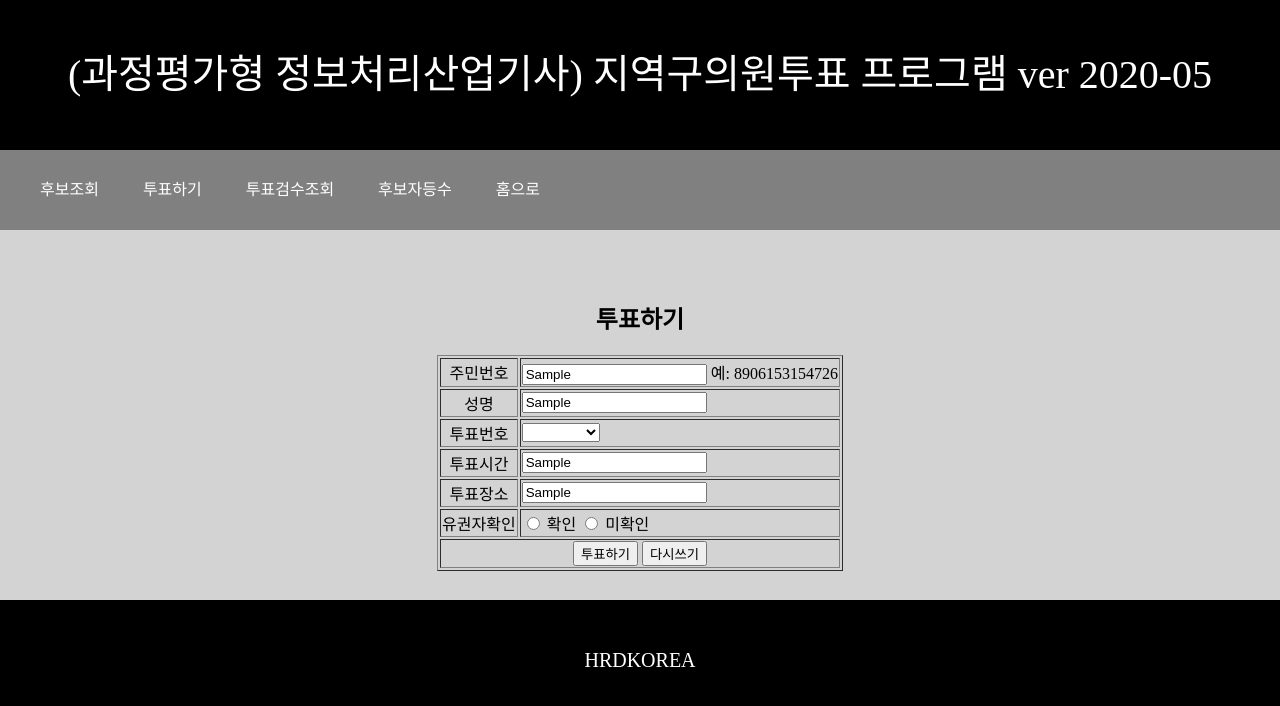
Repository: junhee97/-
Page: http://localhost/HRD_03/vote.jsp
The author's editor kept a copy of each file at every save. The page is drawn from the files as they stood at one save, then again after the next save.
The browser window is 1280 px wide. The pictures show the whole page.
Empty fields were first filled with sample values (such as "Sample", 5 or name@example.com).
After loading, the first visible `input[onclick="res()"]` was clicked once.
The page is served by Tomcat 9.

Above is the page before, as saved 2025-08-14 13:02:39.
Console error: ReferenceError: res is not defined

### HRD_03/WebContent/vote.jsp
<%@ page language="java" contentType="text/html; charset=UTF-8"
    pageEncoding="UTF-8"%>
<!DOCTYPE html PUBLIC "-//W3C//DTD HTML 4.01 Transitional//EN" "http://www.w3.org/TR/html4/loose.dtd">
<html>
<head>
<meta http-equiv="Content-Type" content="text/html; charset=UTF-8">
<title>Insert title here</title>
</head>
<body>

<jsp:include page="header.jsp"></jsp:include>

<section style="position: fixed; top: 230px; left: 0px; width: 100%; height: 100%; background-color: lightgray;">
<h2 style="text-align: center; padding-top: 50px;">투표하기</h2>

<form action="action.jsp" name = "frm" style = "display: flex; align-items: center; justify-content: center; ">
	<table border = "1">
		<tr>
			<td style = "text-align: center;">주민번호</td>
			<td>
				<input type = "text" name = "v_jumin"> 예: 8906153154726
			</td>
		</tr>
		<tr>
			<td style = "text-align: center;">성명</td>
			<td>
				<input type = "text" name = "v_name">
			</td>
		</tr>
		<tr>
			<td style = "text-align: center;">투표번호</td>
			<td>
				<select name = "m_no">
					<option></option>
					<option value = "1">[1] 김후보</option>
					<option value = "2">[2] 이후보</option>
					<option value = "3">[3] 박후보</option>
					<option value = "4">[4] 조후보</option>
					<option value = "5">[5] 최후보</option>
				</select>
			</td>
		</tr>
		<tr>
			<td style = "text-align: center;">투표시간</td>
			<td>
				<input type = "text" name = "v_time">
			</td>
		</tr>
		<tr>
			<td style = "text-align: center;">투표장소</td>
			<td>
				<input type = "text" name = "v_area">
			</td>
		</tr>
		<tr>
			<td style = "text-align: center;">유권자확인</td>
			<td>
				<input type = "radio" name = "v_confirm"> 확인
				<input type = "radio" name = "v_confirm"> 미확인
			</td>
		</tr>
		<tr>
			<td colspan="2" style = "text-align: center;">
				<input type = "button" value = "투표하기" onclick="add()">
				<input type = "button" value = "다시쓰기" onclick="res()">
			</td>
		</tr>
	</table>
</form>

</section>

<jsp:include page="footer.jsp"></jsp:include>

<script>
	function add() {
		if(frm.v_jumin.value == 0) {
			alert('주민번호가 입력되지 않았습니다!');
			frm.v_jumin.focus();
			return false;
		}
		else if(frm.v_name.value == 0){
			alert('성명이 입력되지 않았습니다!');
			frm.v_name.focus();
			return false;
		}
		else if(frm.m_no.value == 0){
			alert('후보번호가 선택되지 않았습니다!');
			frm.m_no.focus();
			return false;
		}
		else if(frm.v_time.value == 0){
			alert('투표시간이 입력되지 않았습니다!');
			frm.v_time.focus();
			return false;
		}
		else if(frm.v_area.value == 0){
			alert('투표장소가 입력되지 않았습니다!');
			frm.v_area.focus();
			return false;
		}
		else if(frm.v_confirm.value == 0){
			alert('유권자확인이 선택되지 않았습니다!');
			frm.v_confirm.focus();
			return false;
		}
		else {
			alert('투표하기 정보가 정상적으로 등록 되었습니다!');
			document.frm.submit();
			return true;
		}
	}
</script>

</body>
</html>

### HRD_03/WebContent/header.jsp
<%@ page language="java" contentType="text/html; charset=UTF-8"
    pageEncoding="UTF-8"%>
<!DOCTYPE html PUBLIC "-//W3C//DTD HTML 4.01 Transitional//EN" "http://www.w3.org/TR/html4/loose.dtd">
<html>
<head>
<meta http-equiv="Content-Type" content="text/html; charset=UTF-8">
<title>Insert title here</title>

<style>
	a{
		text-decoration: none;
		color: white;
	}
</style>

</head>
<body>

	<header style="position:fixed; top:0px; left:0px; width:100%; height: 150px; line-height: 150px; background-color: black; color: white; text-align: center; font-size: 40px;">
		(과정평가형 정보처리산업기사) 지역구의원투표 프로그램 ver 2020-05
	</header>

	<nav style="position: fixed; top: 150px; left: 0px; width: 100%; height: 80px; line-height: 80px; background-color: gray; padding-left: 40px;">
		<a href="m_list.jsp">후보조회</a> &nbsp; &nbsp; &nbsp; &nbsp; &nbsp;
		<a href="vote.jsp">투표하기</a> &nbsp; &nbsp; &nbsp; &nbsp; &nbsp;
		<a href="v_list.jsp">투표검수조회</a> &nbsp; &nbsp; &nbsp; &nbsp; &nbsp;
		<a href="rank.jsp">후보자등수</a> &nbsp; &nbsp; &nbsp; &nbsp; &nbsp;
		<a href="index.jsp">홈으로</a>
	</nav>

</body>
</html>

### HRD_03/WebContent/footer.jsp
<%@ page language="java" contentType="text/html; charset=UTF-8"
    pageEncoding="UTF-8"%>
<!DOCTYPE html PUBLIC "-//W3C//DTD HTML 4.01 Transitional//EN" "http://www.w3.org/TR/html4/loose.dtd">
<html>
<head>
<meta http-equiv="Content-Type" content="text/html; charset=UTF-8">
<title>Insert title here</title>
</head>
<body>

	<footer style="position: fixed; bottom: 0px; left: 0px; width: 100%; height: 120px; line-height: 120px; text-align: center; background-color: black; color: white; font-size: 20px;">
		HRDKOREA
	</footer>

</body>
</html>

After the next save:
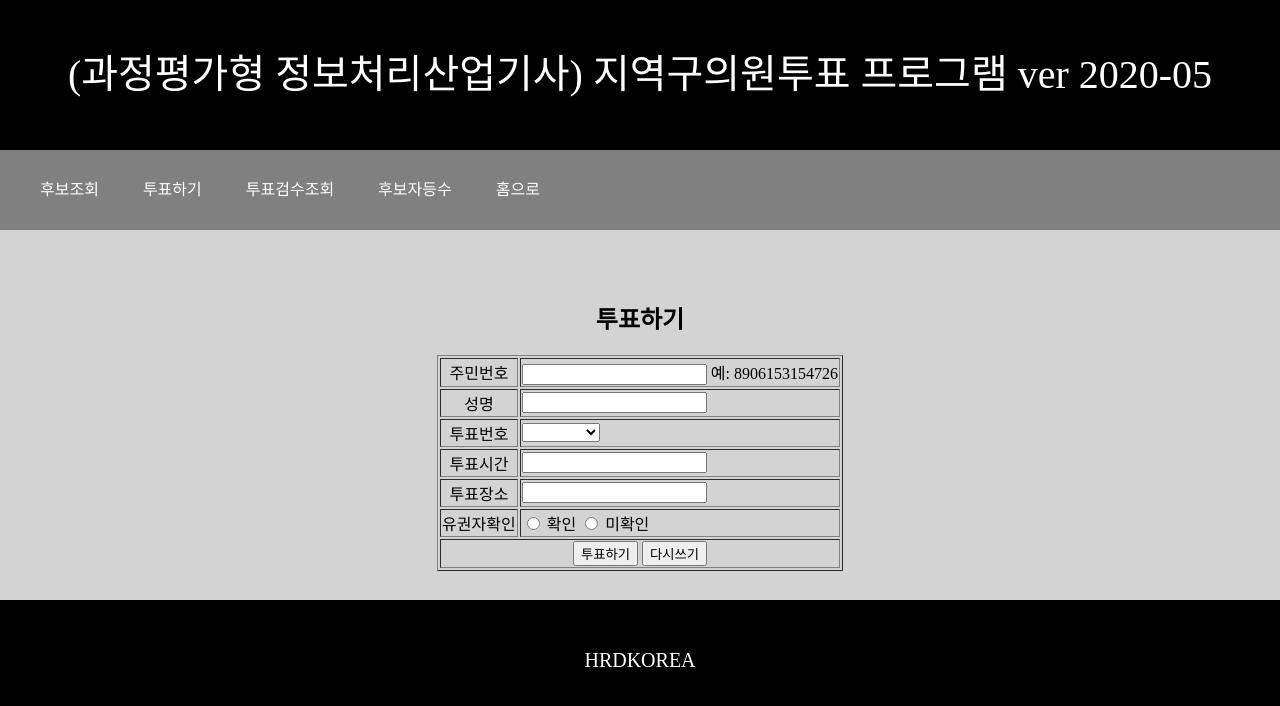
The error is gone.
Saved 26 s later.
--- a/HRD_03/WebContent/vote.jsp
+++ b/HRD_03/WebContent/vote.jsp
@@ -110,6 +110,10 @@
 			return true;
 		}
 	}
+
+	function res () {
+		document.frm.reset();
+	}
 </script>
 
 </body>
